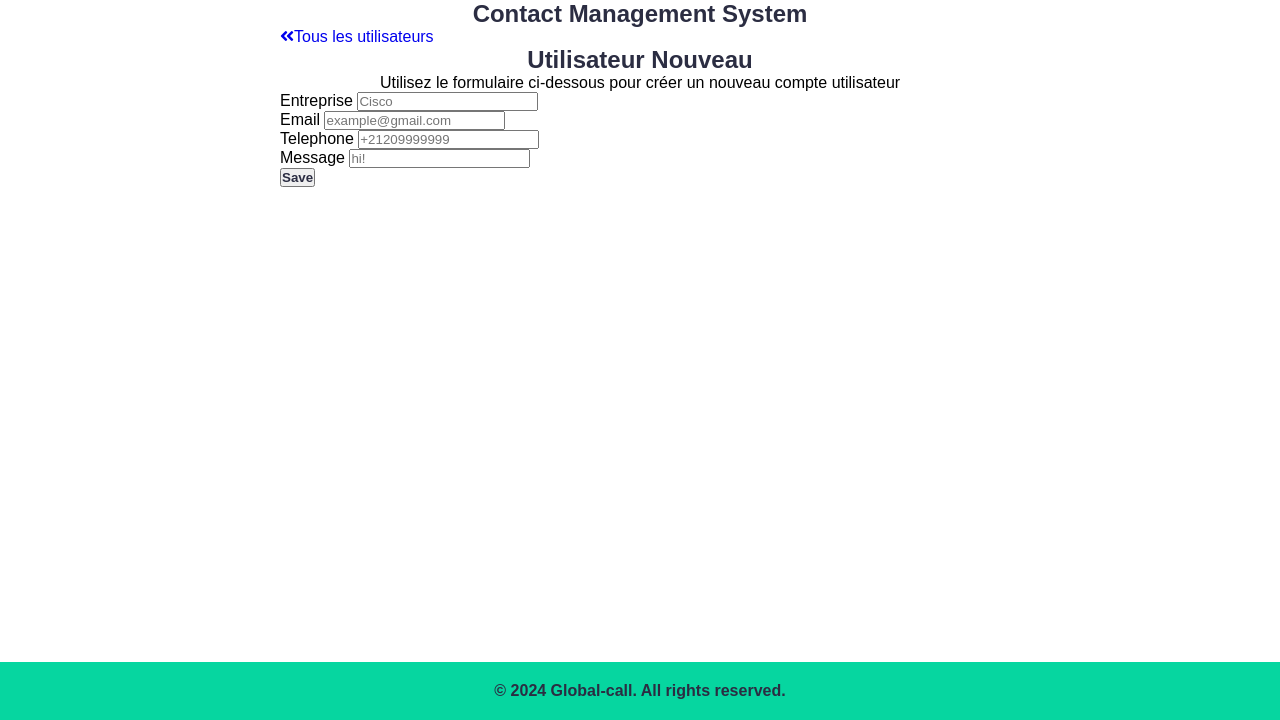
Repository: mohamed-makrani/Global_Development_Service_DBMS
Page: views/add_user.ejs
These files come from the project's save history. The page is drawn as it stood at one moment and after a run of saves; the edit follows.
The browser window is 1280 px wide. The pictures show the whole page.
Some web fonts or font styles are not loaded; a fallback is used. The page is served by the project's Node server (DBMS/server.js). The template is opened directly, without the code that normally fills it, so the values that code supplies are empty.

Above is the page before, as saved 2024-04-22 17:29:01.

### views/add_user.ejs
<!-- include header -->
<%- include('include/_header') %>
<!-- include header -->

<!-- Main Site -->
<main id="site-main">
  <div class="container">
    <div class="box-nav d-flex justify-between">
      <div class="filter">
        <a href="/"
          ><i class="fas fa-angle-double-left"></i>Tous les utilisateurs</a
        >
      </div>
    </div>

    <div class="form-title text-center">
      <h2 class="text-dark">Utilisateur Nouveau</h2>
      <span class="text-light"
        >Utilisez le formulaire ci-dessous pour créer un nouveau compte
        utilisateur</span
      >
    </div>
    <%- include('include/_form') %>
  </div>
</main>
<!-- /Main Site -->

<!-- include footer -->
<%- include('include/_footer') %>
<!-- /include footer -->

### views/include/_header.ejs
<!DOCTYPE html>
<html lang="en">
  <head>
    <meta charset="UTF-8" />
    <meta name="viewport" content="width=device-width, initial-scale=1.0" />
    <title>Management System</title>

    <link
      rel="stylesheet"
      href="https://cdnjs.cloudflare.com/ajax/libs/font-awesome/5.15.1/css/all.min.css"
      integrity="sha512-+4zCK9k+qNFUR5X+cKL9EIR+ZOhtIloNl9GIKS57V1MyNsYpYcUrUeQc9vNfzsWfV28IaLL3i96P9sdNyeRssA=="
      crossorigin="anonymous"
    />
    <link rel="stylesheet" href="css/style.css" />
  </head>
  <body>
    <!-- Header -->
    <header id="header">
      <nav>
        <div class="container">
          <div class="text-center">
            <a href="/" class="nav-brand text-dark">
              Contact Management System
            </a>
          </div>
        </div>
      </nav>
    </header>
    <!-- /Header -->
  </body>
</html>

### views/include/_form.ejs
<!-- form handling -->
<form action="/api/users" method="POST" id="add_user">
  <div class="new_user">
    <div class="form-group">
      <label for="entreprise" class="text-light">Entreprise</label>
      <input type="hidden" name="id" value="" />
      <input type="text" name="entreprise" value="" placeholder="Cisco" />
    </div>
    <div class="form-group">
      <label for="Email" class="text-light">Email</label>
      <input
        type="text"
        name="email"
        value=""
        placeholder="example@gmail.com"
      />
    </div>

    <div class="form-group">
      <label for="telephone" class="text-light">Telephone</label>
      <input type="text" name="telephone" value="" placeholder="+21209999999" />
    </div>

    <div class="form-group">
      <label for="message" class="text-light">Message</label>
      <input type="text" name="message" value="" placeholder="hi!" />
    </div>

    <div class="form-group">
      <button type="submit" class="btn text-dark update">Save</button>
    </div>
  </div>
</form>

### views/include/_footer.ejs
<!DOCTYPE html>
<html lang="en">
  <head>
    <meta charset="UTF-8" />
    <meta name="viewport" content="width=device-width, initial-scale=1.0" />
    <style>
      /* Existing CSS styles */
      /* Include your CSS files or styles here */
      body {
        text-decoration: none;
        font-family: "PT Sans", sans-serif;
      }

      /* New CSS rules */
      .text-dark {
        color: var(--dark);
        font-weight: bold; /* Added bold font weight */
      }

      /* CSS styles for the footer */
      footer {
        background-color: #06d6a0;
        color: #fff;
        padding: 20px 0;
        text-align: center;
        position: fixed;
        bottom: 0;
        width: 100%;
      }

      .container {
        max-width: 720px;
        margin: auto;
      }

      .container p {
        margin: 0;
        font-size: 1em;
      }
    </style>
  </head>
  <body>
    <!-- Your existing content goes here -->
    <script
      src="https://cdnjs.cloudflare.com/ajax/libs/jquery/3.5.1/jquery.min.js"
      integrity="sha512-bLT0Qm9VnAYZDflyKcBaQ2gg0hSYNQrJ8RilYldYQ1FxQYoCLtUjuuRuZo+fjqhx/qtq/1itJ0C2ejDxltZVFg=="
      crossorigin="anonymous"
    ></script>
    <script src="/js/index.js"></script>

    <!-- Footer -->
    <footer>
      <div class="container">
        <p class="text-dark">© 2024 Global-call. All rights reserved.</p>
      </div>
    </footer>
  </body>
</html>

### DBMS/server.js
const express = require('express');
const dotenv = require('dotenv');
const morgan = require('morgan');
const bodyparser = require("body-parser");
const path = require('path');

const app = express();

dotenv.config( { path : 'config.env'} )

const PORT = process.env.PORT || 8080

// log requests
app.use(morgan('tiny'));

// parse request to body-parser
app.use(bodyparser.urlencoded({ extended : true}))

// set view engine
app.set("view engine", "ejs")
//app.set("views", path.resolve(__dirname, "views/ejs"))

// load assets
app.use('/css', express.static(path.resolve(__dirname, "assets/css")))
app.use('/img', express.static(path.resolve(__dirname, "assets/img")))
app.use('/js', express.static(path.resolve(__dirname, "assets/js")))


app.get('/', (req, res) => {
  res.send("it's me, the app");
});

app.listen(PORT, () => {
    console.log(`server is running on port ${PORT}`);
  });

### DBMS/assets/css/style.css
@import url('https://fonts.googleapis.com/css2?family=Barlow&family=PT+Sans&display=swap');

:root{
    --dark: #2b2d42;
    --light: #adb5bd;
    --border: #dee2e6;
    --border-btn: #edf2f4;
}

* {
    padding: 0;
    margin: 0;
    box-sizing: border-box;
}

a {
    text-decoration: none;
    font-family: 'PT Sans', sans-serif;
}

.container{
    max-width: 1024px;
    margin: auto;
}

.nav-brand{
    font-size: 1.5em;
    font-weight: bold;
}

.d-flex{
    display: flex;
    flex-wrap: wrap;
}

.justify-between{
    justify-content: space-between;
}

.text-center{
    text-align: center;
}

.border-shadow{
    border: 1px solid var(--border-btn);
    box-shadow: 1px 3px 10px #e9ecef;
}

Loaded but not shown: DBMS/assets/js/index.js (no copy from this time; the picture is the same without it)

After the next 2 saves:
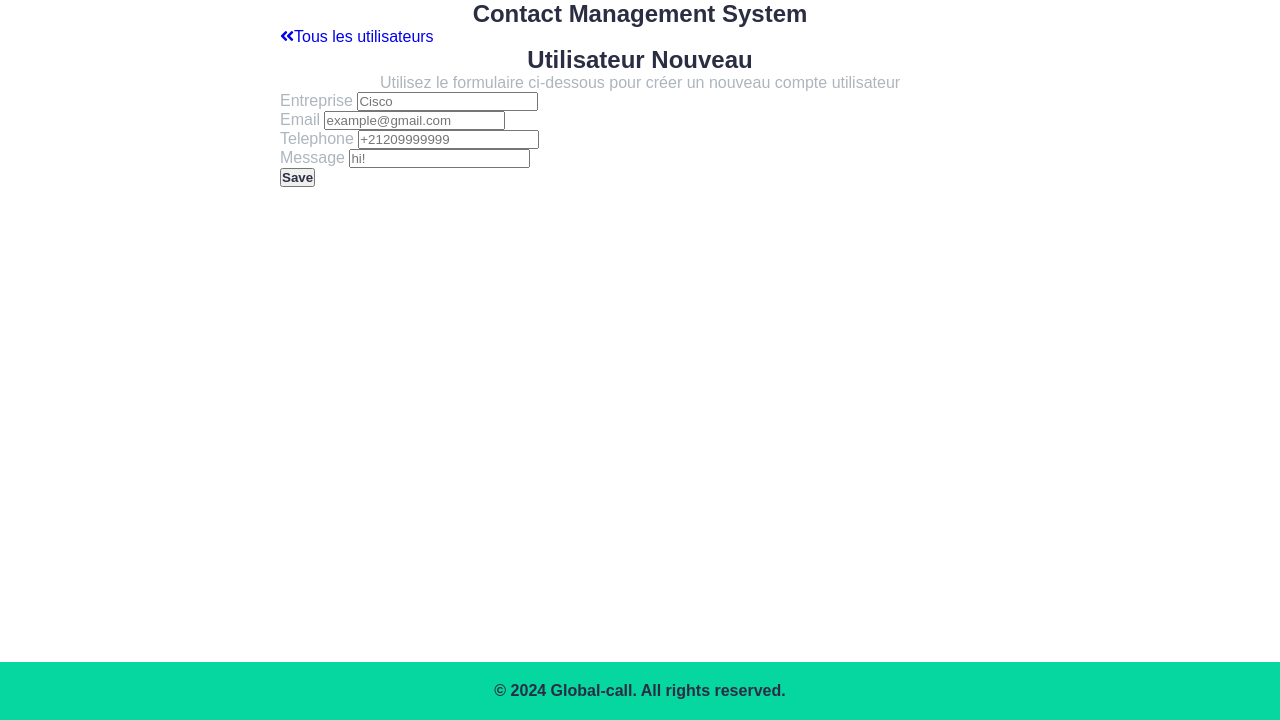
The 2 saves are shown as one change because they came seconds apart.
The last was saved 68 s later.
--- a/DBMS/assets/css/style.css
+++ b/DBMS/assets/css/style.css
@@ -45,3 +45,15 @@ a {
     border: 1px solid var(--border-btn);
     box-shadow: 1px 3px 10px #e9ecef;
 }
+
+.text-dark{
+    color: var(--dark);
+}
+
+.inline{
+    display: inline-block;
+}
+
+.text-light{
+    color: var(--light);
+}
